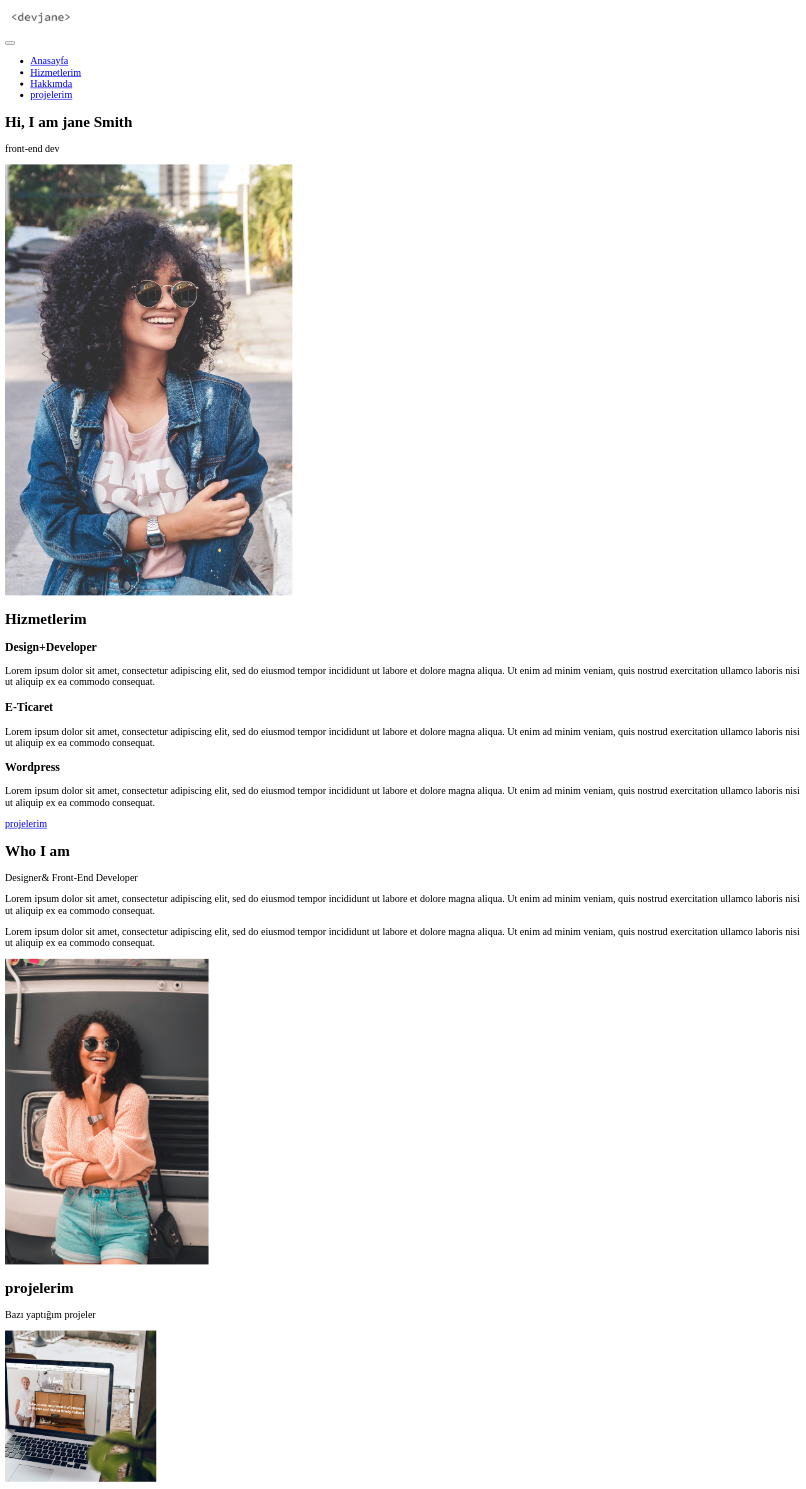
Repository: denizangin/portfolyo
Page: index.html
These files come from the project's save history. The page is drawn as it stood at one moment and after a run of saves; the edit follows.
The browser window is 1280 px wide. The pictures show the whole page, at 63% of full size.

Above is the page before, as saved 2024-08-01 04:16:57.

### index.html
<!DOCTYPE html>
<html lang="tr">

<head>
    <meta charset="UTF-8">
    <meta name="viewport" content="width=device-width, initial-scale=1.0">
    <title> jane Smith Portfolyo</title>
</head>

<body>
    <header>
        <div class="logo">
            <img src="img/DEVJANE.png" alt="logo">
        </div>

        <button class="nav-toggle">
            <span class="hamburger"></span>
        </button>

        <nav class="nav">
            <ul class="nav__list">
                <li class="nav__item">
                    <a href="#home" class="nav__link">Anasayfa</a>
                </li>
                <li class="nav__item">
                    <a href="#services" class="nav__link">Hizmetlerim</a>
                </li>
                <li class="nav__item">
                    <a href="#" class="nav__link">Hakkımda</a>
                </li>
                <li class="nav__item">
                    <a href="#" class="nav__link">projelerim</a>
                </li>
            </ul>
        </nav>


    </header>

    <!-- Introduction-->
    <section class="intro" id="home">
        <h1 class="section__title section__title--intro"> Hi, I am <strong> jane Smith </strong> </h1>
        <P class="section__titlesection__subtitle--intro"> front-end dev</P>
        <img src="img/component (3).png" alt="jane smith gülümsediği foto">
    </section>

    <!--My Services-->
    <section class="my services" id="services">
        <h2 class="section__titile section__title--services"> Hizmetlerim</h2>
        <div class="services">
            <div class="service">
                <h3> Design+Developer</h3>
                <p> Lorem ipsum dolor sit amet, consectetur adipiscing elit, sed do eiusmod tempor incididunt ut labore
                    et dolore magna aliqua. Ut enim ad minim veniam, quis nostrud exercitation ullamco laboris nisi ut
                    aliquip ex ea commodo consequat.</p>
            </div>

            <div class="service ">
                <h3>E-Ticaret</h3>
                <p>Lorem ipsum dolor sit amet, consectetur adipiscing elit, sed do eiusmod tempor incididunt ut labore
                    et dolore magna aliqua. Ut enim ad minim veniam, quis nostrud exercitation ullamco laboris nisi ut
                    aliquip ex ea commodo consequat.</p>
            </div>

            <div class="service ">
                <h3>Wordpress</h3>
                <p>Lorem ipsum dolor sit amet, consectetur adipiscing elit, sed do eiusmod tempor incididunt ut labore
                    et dolore magna aliqua. Ut enim ad minim veniam, quis nostrud exercitation ullamco laboris nisi ut
                    aliquip ex ea commodo consequat.</p>
            </div>
        </div>

        <a href="#work"> projelerim </a>

    </section>

    <!--About Me-->
    <section class="about_me" id="about">
        <h2 class="section__title section __title--about"> Who I am</h2>
        <P class="section __subtitle section__subtitle--about">Designer& Front-End Developer</P>

        <div class="about-me__body">
            <p> Lorem ipsum dolor sit amet, consectetur adipiscing elit, sed do eiusmod tempor incididunt ut labore et
                dolore magna aliqua. Ut enim ad minim veniam, quis nostrud exercitation ullamco laboris nisi ut aliquip
                ex ea commodo consequat.</p>
            <p>Lorem ipsum dolor sit amet, consectetur adipiscing elit, sed do eiusmod tempor incididunt ut labore et
                dolore magna aliqua. Ut enim ad minim veniam, quis nostrud exercitation ullamco laboris nisi ut aliquip
                ex ea commodo consequat.</p>
        </div>

        <img src="img/component.png" alt="jane ayakta fotosu">
    </section>

    <!--My Work-->
     <section class="my-work" id="work">
        <h2 class= "section__title"> projelerim </h2>
        <p class="section__subtitle"> Bazı yaptığım projeler</p>

        <div class="portfolio">
            <a href="#" class="portfolio-item">
                <img src="img/component (15).png" alt="" class="portfolio__item">
            </a>





        </div>


     </section>











</body>

</html>

After the next 3 saves:
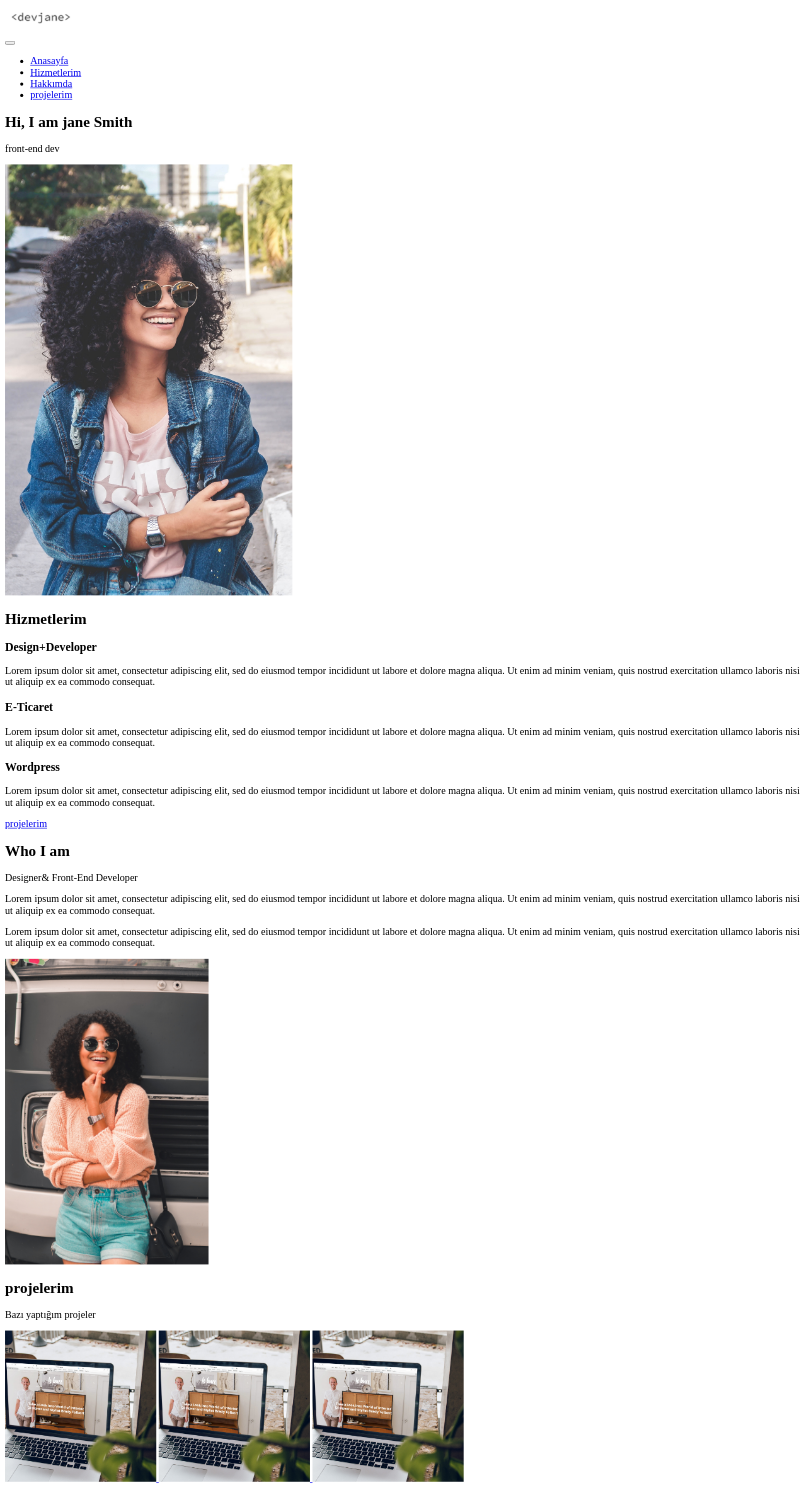
The 3 saves are shown as one change because they came seconds apart.
The last was saved 14 s later.
--- a/index.html
+++ b/index.html
@@ -100,6 +100,12 @@
             <a href="#" class="portfolio-item">
                 <img src="img/component (15).png" alt="" class="portfolio__item">
             </a>
+            <a href="#" class="portfolio-item">
+                <img src="img/component (15).png" alt="" class="portfolio__item">
+            </a>
+            <a href="#" class="portfolio-item">
+                <img src="img/component (15).png" alt="" class="portfolio__item">
+            </a>
 
 
 
